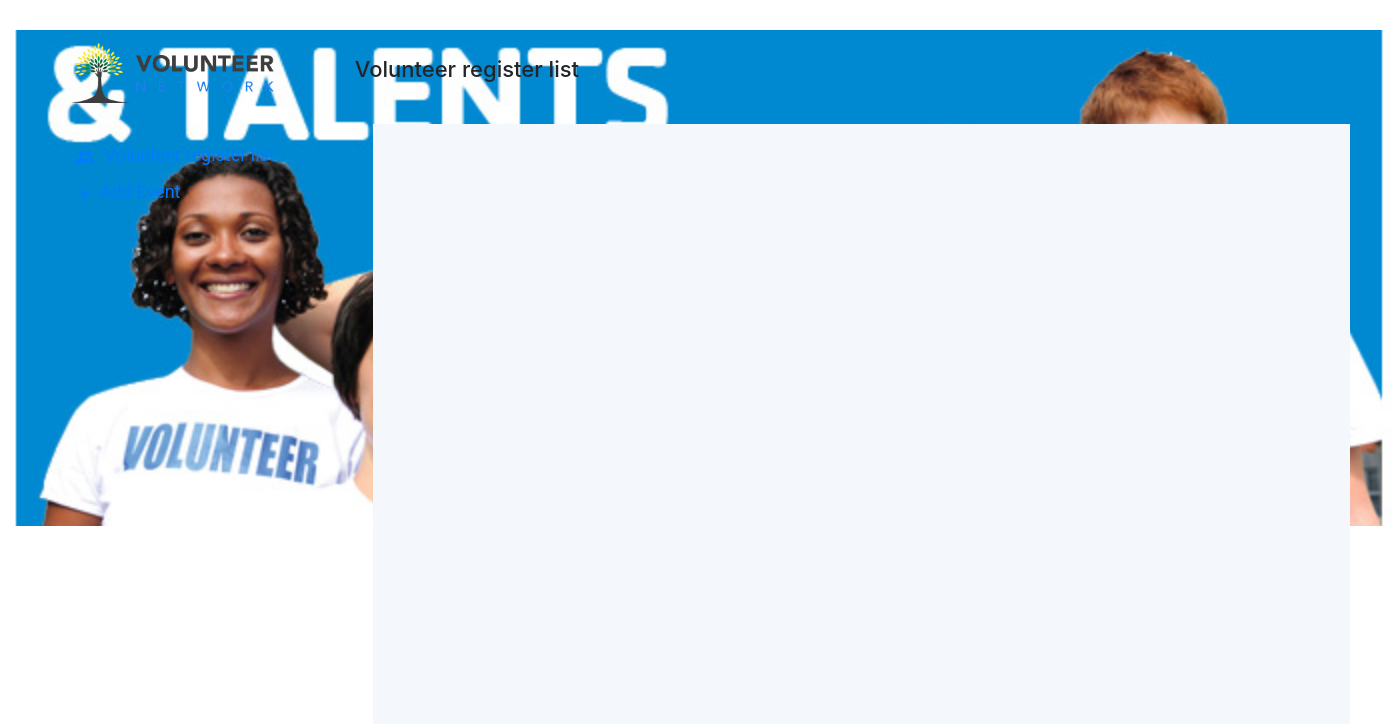
Repository: MdTahsinAmin/volunteer-network-client
Page: /adminPanel
The author's editor kept a copy of each file at every save. The page is drawn from the files as they stood at one save, then again after the next save.
The browser window is 1280 px wide. The page is 1400 px wide, so the pictures cover 1400 px, including what lies to the right of the window. The pictures show the whole page.
The project was rebuilt for these pictures with package versions that can differ from the ones it lists, and the page was loaded fresh each time. Also part of the build but not shown: src/components/Volunteers/Volunteers.css, src/components/CreateNetwork/CreateNetwork.css, src/components/CreateNetwork/CreateNetwork.js.

Above is the page before, as saved 2020-10-05 00:46:26.

After the next save:
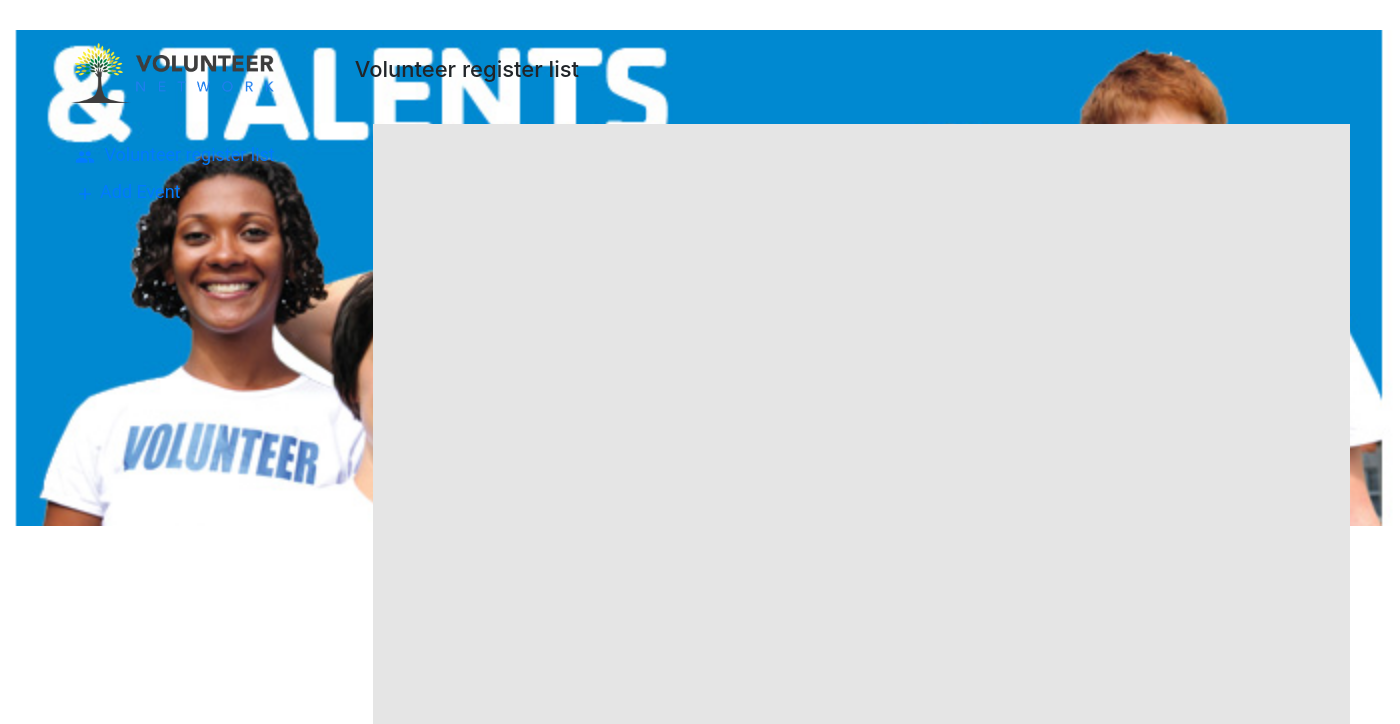
Saved 61 s later.
--- a/src/components/AdminPanel/AdminPanel.css
+++ b/src/components/AdminPanel/AdminPanel.css
@@ -33,7 +33,7 @@
     margin-right: 50px;
     width: 1000px;
     height: 600px;
-    background: #F4F7FC;
+    background:  #E5E5E5;
 }
 .volunteerLink:hover{
     text-decoration: none;
